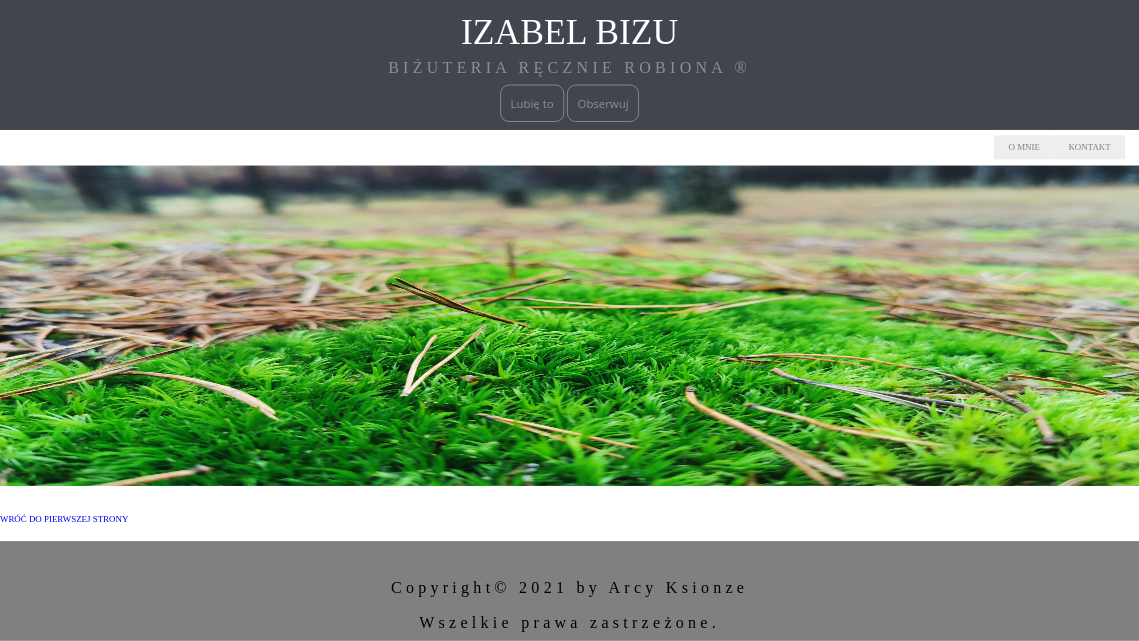
Repository: arcyksionze/strona_izy
Page: index2.html
The author's editor kept a copy of each file at every save. The page is drawn from the files as they stood at one save, then again after the next save.
The browser window is 1280 px wide. The pictures show the whole page, at 89% of full size.
Some web fonts or font styles are not loaded; a fallback is used.

Above is the page before, as saved 2021-04-11 23:48:43.

After the next save:
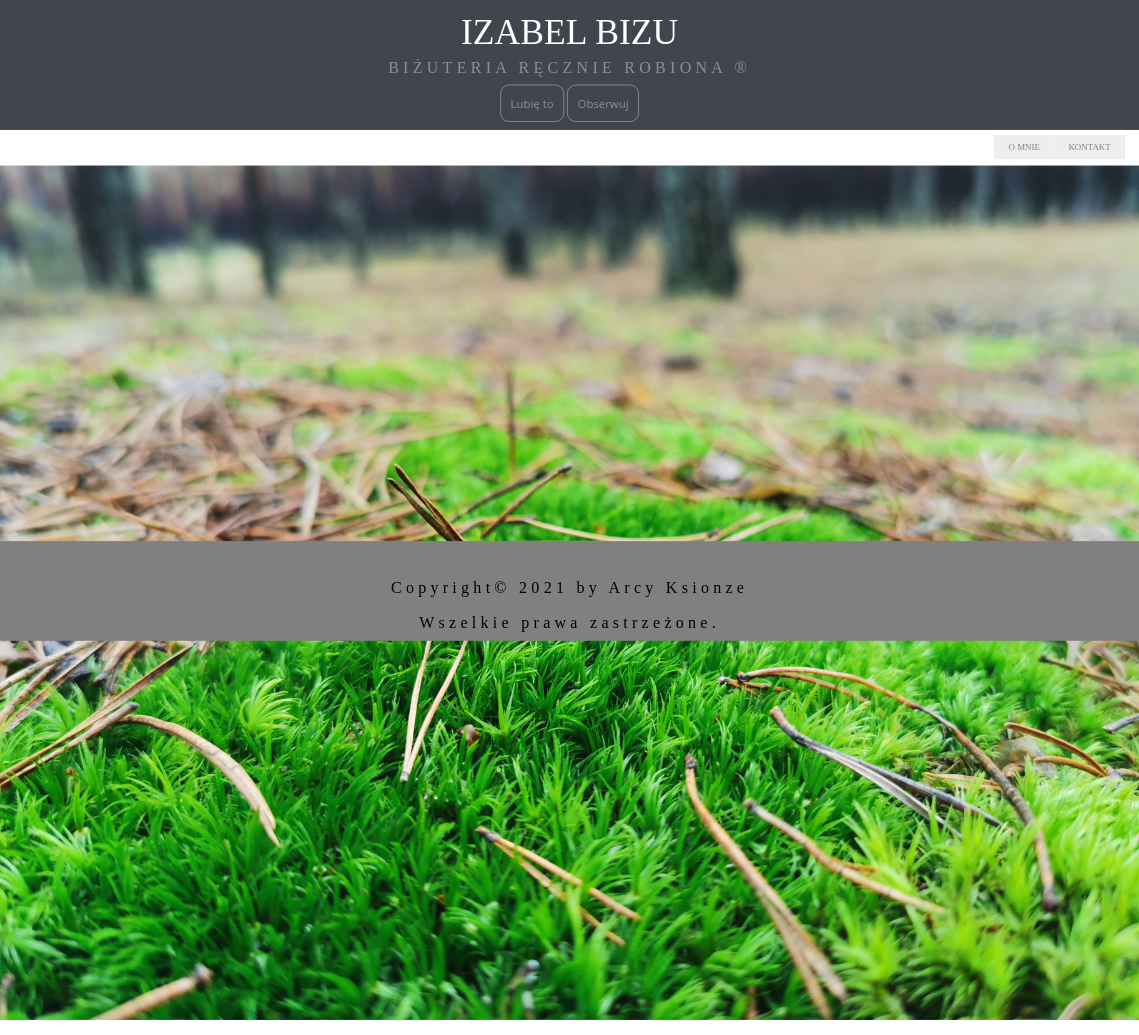
Saved 5 s later.
--- a/main2.css
+++ b/main2.css
@@ -128,7 +128,7 @@
 
 .phot {
 width: 100vw;
-height: 50vh;
+;
 }
 
 .sek4 {
